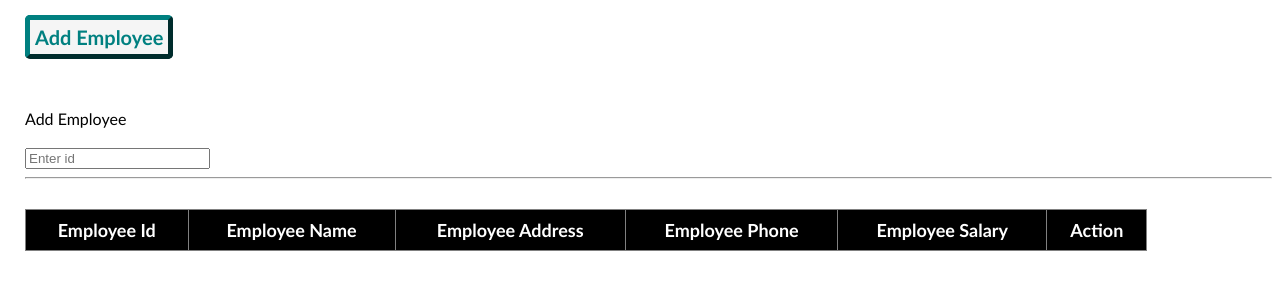
Repository: prieeyatambe/priyatambe_SpringMavenHibernate
Page: http://localhost/Project/WEB-INF/view/list.jsp
An editor plug-in stored every save of this project. The page is shown before and after the next save, followed by the edit.
The browser window is 1280 px wide. The pictures show the whole page.
The page is served by Tomcat 9. Nobody is signed in. Other server files are loaded and not shown. The template is opened directly, without the code that normally fills it, so the values that code supplies are empty.

Above is the page before, as saved 2024-03-06 10:03:45.

### SpringMaven/mavenproject/Project/src/main/webapp/WEB-INF/view/list.jsp
<%@ page language="java" contentType="text/html; charset=UTF-8"
    pageEncoding="UTF-8"%>
<%@ taglib uri="http://java.sun.com/jsp/jstl/core" prefix="c" %>
<%@ taglib uri="http://www.springframework.org/tags/form" prefix="form" %>
<!DOCTYPE html>
<html>
<head>
<meta charset="UTF-8">
<title>Employee List</title>
<style type="text/css">
body{
     font-family: 'Trebuchet MS', 'Lucida Sans Unicode', 'Lucida Grande', 'Lucida Sans', Arial, sans-serif;
 	 align-content: center;
 	 margin-left: 25px;
 	 margin-top: 25px;
}
a{
	font-size: 20px;
	text-decoration: none;
	margin-bottom: 30px;
	margin-top: 40px;
}
table {
	width: 90%;
	padding: 10px;
	border-collapse: collapse;
	font-size: 18px;
	margin-top: 30px;

}
th,tr{
	text-align: center;
	padding: 9px;

}
th{
	background-color:black;
	color:white;
}
td{
	background-color: whitesmoke;
	padding: 9px;
}
.link-button{
	background-color:whitesmoke;
	padding:5px;
	color: teal;
	border:5px outset teal;
	border-radius: 5px;
	font-weight: bold;
}
.btn-delete{
  background-color: crimson;
  width: 70px;
  border: 2px solid crimson;
  border-radius:5px;
  color: white;
  font-family: 'Trebuchet MS', 'Lucida Sans Unicode', 'Lucida Grande', 'Lucida Sans', Arial, sans-serif;
  font-size: 17px;
}
.btn-update{
  background-color: green;
  width: 70px;
  border: 2px solid green;
  border-radius:5px;
  color: white;
  font-family: 'Trebuchet MS', 'Lucida Sans Unicode', 'Lucida Grande', 'Lucida Sans', Arial, sans-serif;
  font-size: 17px;
}
.fetch-emp{
	margin-top: 60px;
}
</style>
</head>
<body>

<a href="addEmp" class="link-button">Add Employee</a><br>

<div class="fetch-emp">Add Employee</div><br>
	<form action="fetchEmp" method="get">
		<input type="number" placeholder="Enter id">
	</form>
<hr>
		<table border="1">
			<tr>
					<th>Employee Id</th>
					<th>Employee Name</th>
					<th>Employee Address</th>
					<th>Employee Phone</th>
					<th>Employee Salary</th>
					<th colspan="2">Action</th>
			</tr>
			<c:forEach items="${emplist}" var="employee">
				<tr>
					<td>${employee.id}</td>
					<td>${employee.employeeName}</td>
					<td>${employee.employeeAddress}</td>
					<td>${employee.employeePhone}</td>
					<td>${employee.employeeSalary}</td>
					<td>
	                   <form action="update" method="get">
		                    <input type="hidden" name="id" value="${employee.id}">
		                    <input type="submit" value="Update" class="btn-update">
	                	</form>
	                </td>
	                <td>
		                <form action="delete" method="get">
		                    <input type="hidden" name="id" value="${employee.id}">
		                    <input type="submit" value="Delete" class="btn-delete">
		                </form>
					</td>
				</tr>
			</c:forEach>
		</table>

</body>
</html>

After the next save:
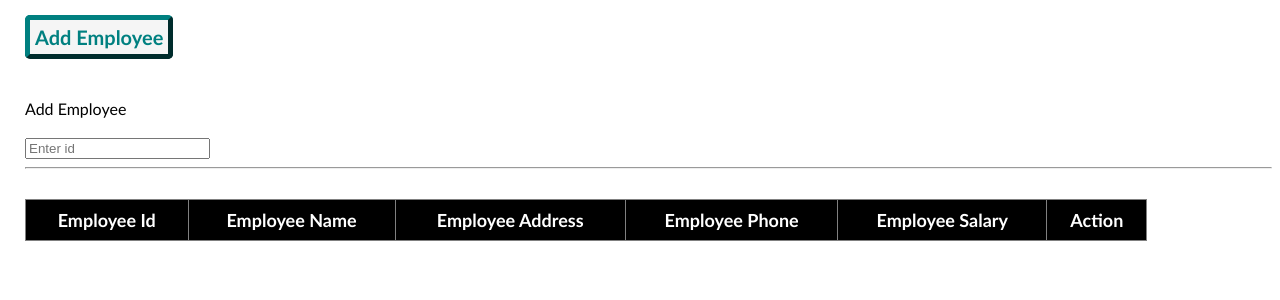
Saved 7 s later.
--- a/SpringMaven/mavenproject/Project/src/main/webapp/WEB-INF/view/list.jsp
+++ b/SpringMaven/mavenproject/Project/src/main/webapp/WEB-INF/view/list.jsp
@@ -68,7 +68,7 @@ td{
   font-size: 17px;
 }
 .fetch-emp{
-	margin-top: 60px;
+	margin-top: 50px;
 }
 </style>
 </head>
